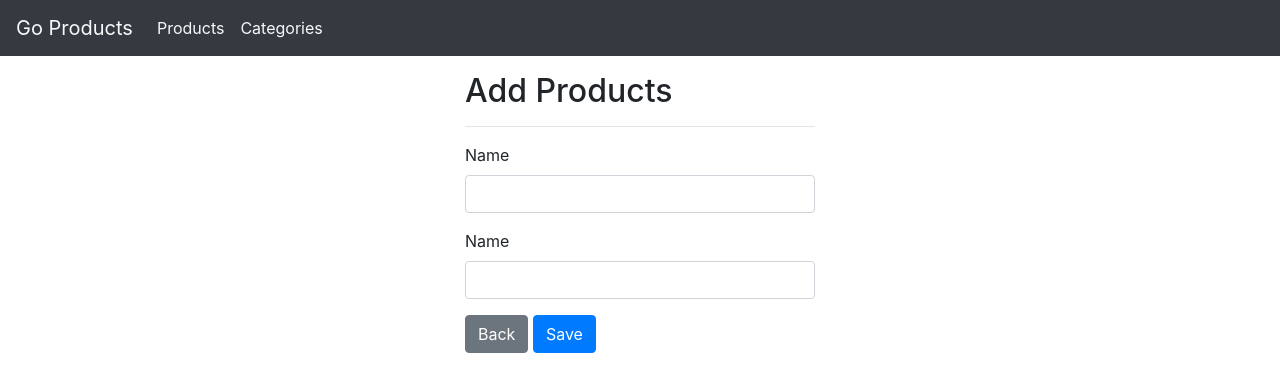
Repository: Nouthemoran/go-web-native-crud
Page: views/product/create.html
These files come from the project's save history. The page is drawn as it stood at one moment and after the next save; the edit follows.
The browser window is 1280 px wide. The pictures show the whole page.

Above is the page before, as saved 2023-10-11 10:51:54.

After the next save:
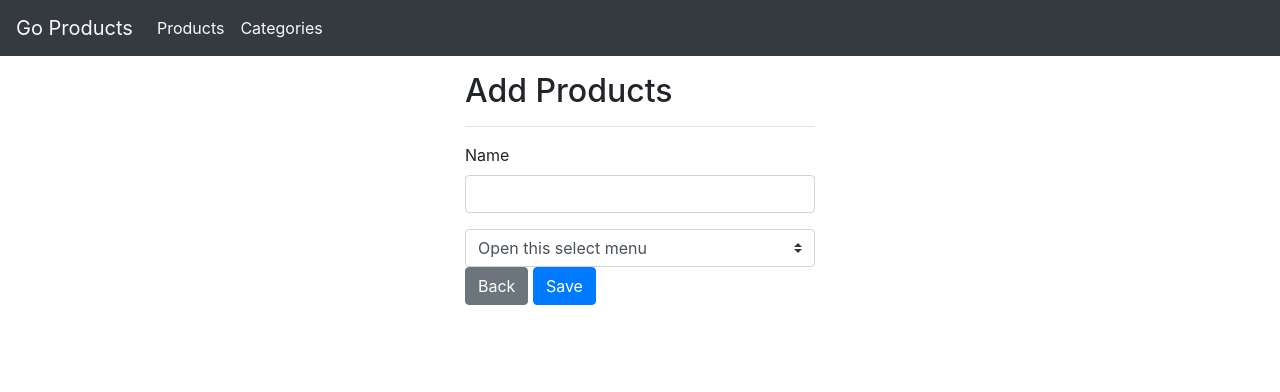
Saved 115 s later.
--- a/views/product/create.html
+++ b/views/product/create.html
@@ -40,10 +40,12 @@
                         <label>Name</label>
                         <input type="text" class="form-control" name="name" autocomplete="off">
                     </div>
-                    <div class="form-group">
-                        <label>Name</label>
-                        <input type="text" class="form-control" name="name" autocomplete="off">
-                    </div>
+                    <select class="custom-select">
+                        <option selected>Open this select menu</option>
+                        <option value="1">One</option>
+                        <option value="2">Two</option>
+                        <option value="3">Three</option>
+                      </select>
                       <div class="float-end">
                         <a href="/products" class="btn btn-secondary">Back</a>
                         <button class="btn btn-primary">Save</button>
